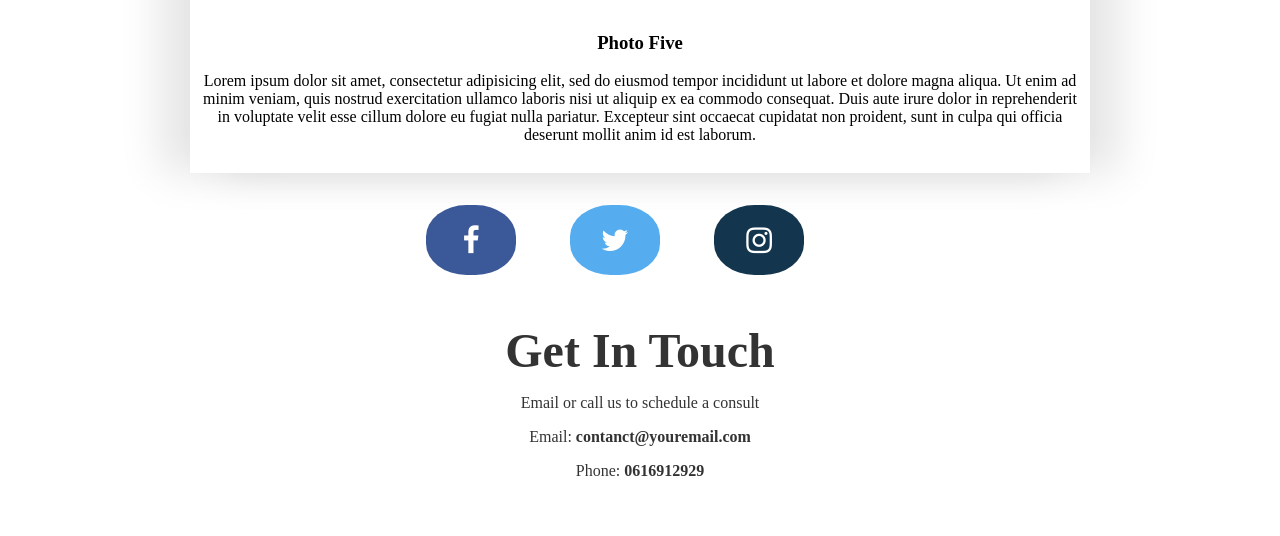
Repository: konstantin0s/mobile-photography
Page: index.html
These files come from the project's save history. The page is drawn as it stood at one moment and after the next save; the edit follows.
The browser window is 1280 px wide. The pictures show the part of the page from y = 4062 to 4598 px (the page is 4598 px tall).

Above is the page before, as saved 2019-05-11 14:48:15.

After the next save:
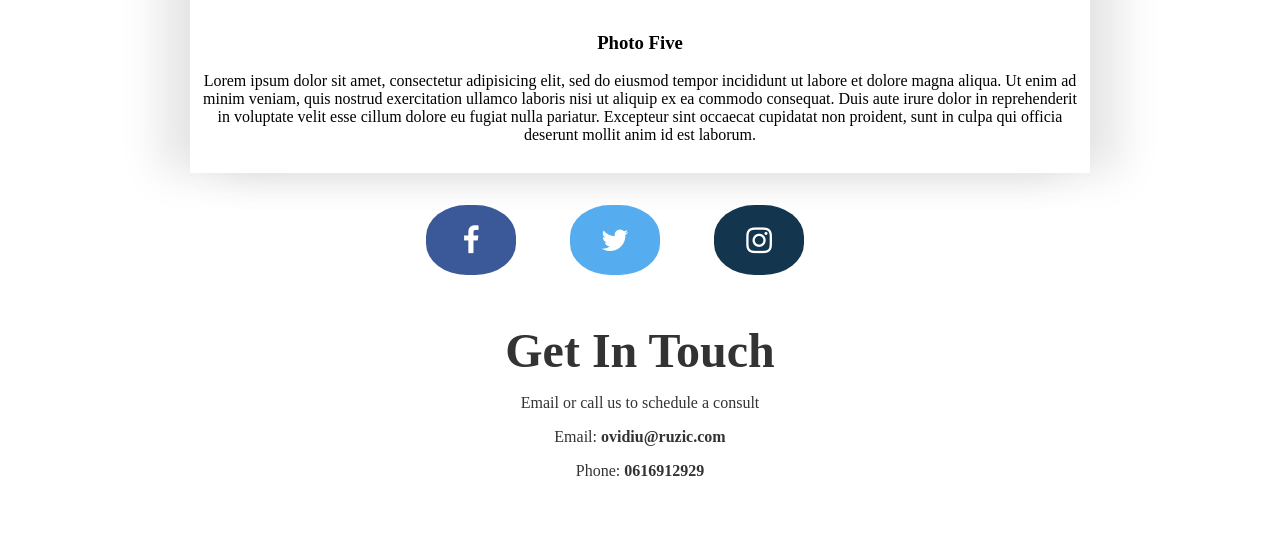
Saved 57 s later.
--- a/index.html
+++ b/index.html
@@ -86,7 +86,7 @@
 
   <h3>Get In Touch</h3>
   <p>Email or call us to schedule a consult</p>
-  <p>Email: <strong>contanct@youremail.com</strong></p>
+  <p>Email: <strong>ovidiu@ruzic.com</strong></p>
   <p>Phone: <strong>0616912929</strong></p>
 </footer>
 <script
